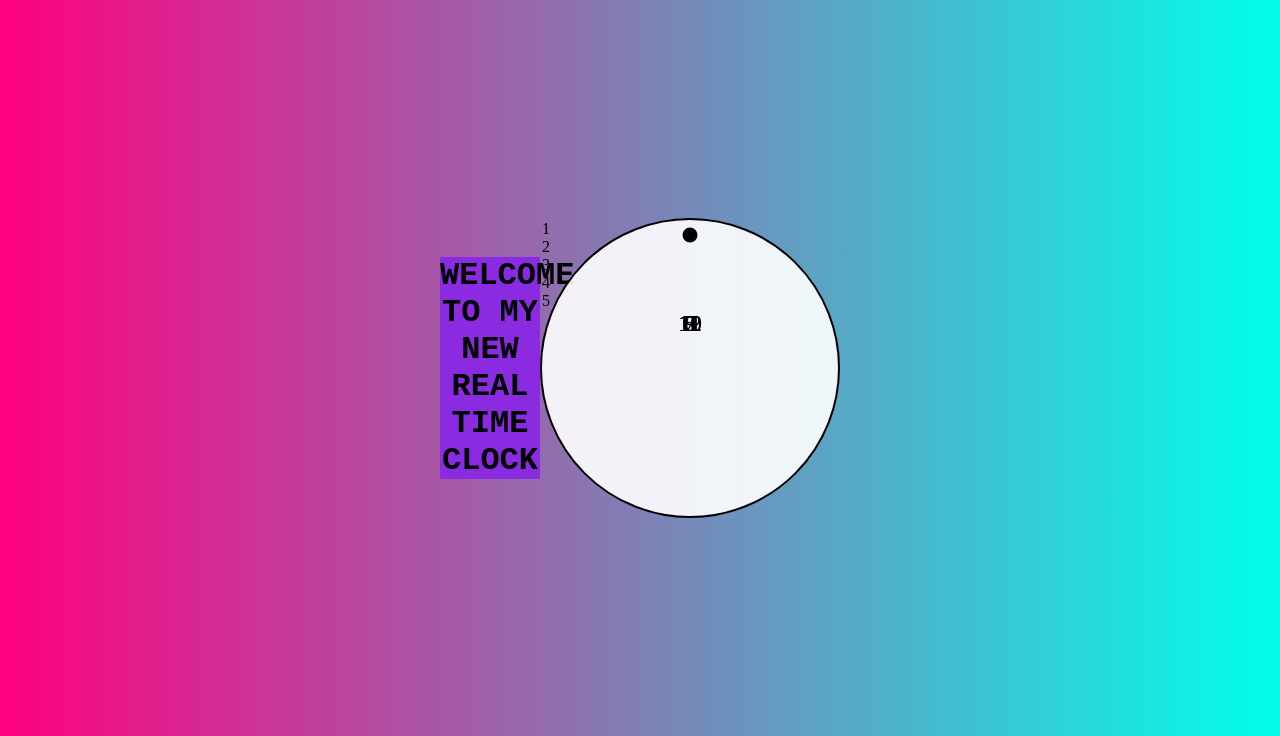
Repository: mirambialex/watch
Page: clock.html
These files come from the project's save history. The page is drawn as it stood at one moment and after the next save; the edit follows.
The browser window is 1280 px wide. The pictures show the whole page.

Above is the page before, as saved 2024-04-30 11:12:04.
Console error: SyntaxError: Unexpected token '<'

### clock.html
<!DOCTYPE html>
<html lang="en">
<head>
    <meta charset="UTF-8">
    <meta name="viewport" content="width=device-width, initial-scale=1.0">
    <link rel="stylesheet" href="clock.css">
    <script defer src="clock.js"></script>
    <title>clock</title>
</head>
<h1> <div class="header">WELCOME TO MY NEW REAL TIME CLOCK</div></h1>
<body>
    <div class="clock">
        <div class="hour hand" data-hour-hand></div>
        <div class="minute hand" data-minute-hand></div>
        <div class="second hand" data-second-hand></div>
        <div class="number number1">1</div>
        <div class="number number2">2</div>
        <div class="number number3">3</div>
        <div class="number number4">4</div>
        <div class="number number5">5</div>
        <div class="NUMBER NUMBER6">6</div>
        <div class="NUMBER NUMBER7">7</div>
        <div class="NUMBER NUMBER8">8</div>
        <div class="NUMBER NUMBER9">9</div>
        <div class="NUMBER NUMBER10">10</div>
        <div class="NUMBER NUMBER11">11</div>
        <div class="NUMBER NUMBER12">12</div>

    </div>
</body>
</html>

### clock.css
*, *::after, *::before {
    box-sizing: border-box;
    font-family: 'Times New Roman', Times, serif;

}
body{
    background: linear-gradient(to right,rgb(255,0,128),hsl(175,100%,50%));
    display: flex;
    justify-content: center;
    align-items: center;
    min-height: 100vh;
    overflow: hidden;

}
.clock{
    width: 300px;
    height: 300px;
    background-color: rgb(255,255,255,.9);
    border-radius: 50%;
    border: 2px solid black;
    position: relative;
}
.clock .NUMBER{
    --rotation: 0;
    position: absolute;
    width: 100%;
    height: 100%;
    text-align: center;
    transform: rotate(var(--rotation));
    font-size: 1.5rem;

    .clock .number number1{--rotation:30deg}
    .clock .number number2{--rotation:60deg}
    .clock .NUMBER3{--rotation:90deg}
    .clock .NUMBER4{--rotation:120deg}
    .clock .NUMBER5{--rotation:150deg}
    .clock .NUMBER6{--rotation:180deg}
    .clock .NUMBER7{--rotation:210deg}
    .clock .NUMBER8{--rotation:240deg}
    .clock .NUMBER9{--rotation:270deg}
    .clock .NUMBER10{--rotation:300deg}
    .clock .NUMBER11{--rotation:330deg}

}
.clock.hand{
    --rotation: 0;
    position:absolute;
    bottom: 50%;
    left: 50%;
    background-color: black;
    border: 1px solid rgb(136,99,224);
    border-top-left-radius: 10px;
    border-top-right-radius: 10px;
    transform-origin: bottom;
    z-index:10;
    transform: translateX(-50%)rotation(calc(var--rotation)*1deg));

}
.clock::after{
    content:" ";
    position: absolute;
    background-color: black;
    z-index: 11;
    width: 15px;
    height: 15px;
    top:5%;
    left: 50%;
    transform: translate(-50%, -50%);
    border-radius: 50%;

}
.clock.hand.second{
    width: 3px;
    height: 45%;
    background-color: rgb(221,65,198);
}
.clock.hand.minute{
    width: 7px;
    height: 40%;
    border-color: rgb(69,19,187);

}
.clock.hand.hour{
    width: 10px;
    height: 35%;
    background-color: rgb(166,209,9);
}
.header{
    font-family: 'Courier New', Courier, monospace;
    text-align: center;
    text-transform: capitalize;
    width: 100px;
    background-color: blueviolet;
    position: top;
}
.hour hand,
.minute hand.
.second hand{
position: absolute;
top: 50%;
left: 50%;
height: 5px;
width: 40%;
background-color: gray;
}

### clock.js
<script>
        setInterval(setClock,1000)
        const hourHand= document.querySelector ("[data-hour-hand]")
        const minuteHand = document.querySelector ("[data-minute-hand]")
        const secondHand = document.querySelector ("[data-second-hand]")

        function setCLASS() {
            const currentDate=new Date()
            const secondRatio =currentDate.getSeconds() / 60
            const minutesRatio =(secondRatio+currentDate.getMinutes())/
            const hoursRatio=(minutesRatio+currentDate.gethours())/
            setRotatio(secondHand,secondsRatio)
            setRotatio(minuteHand,minuteRatio)
            setRotatio(hourHand,hoursRatio)
        }
        function setRotatio(element,rotationRatio)
        {
        Element.style.setProperty("--rotation",rotationRatio*360)
        }
        setClock()
</script>

After the next save:
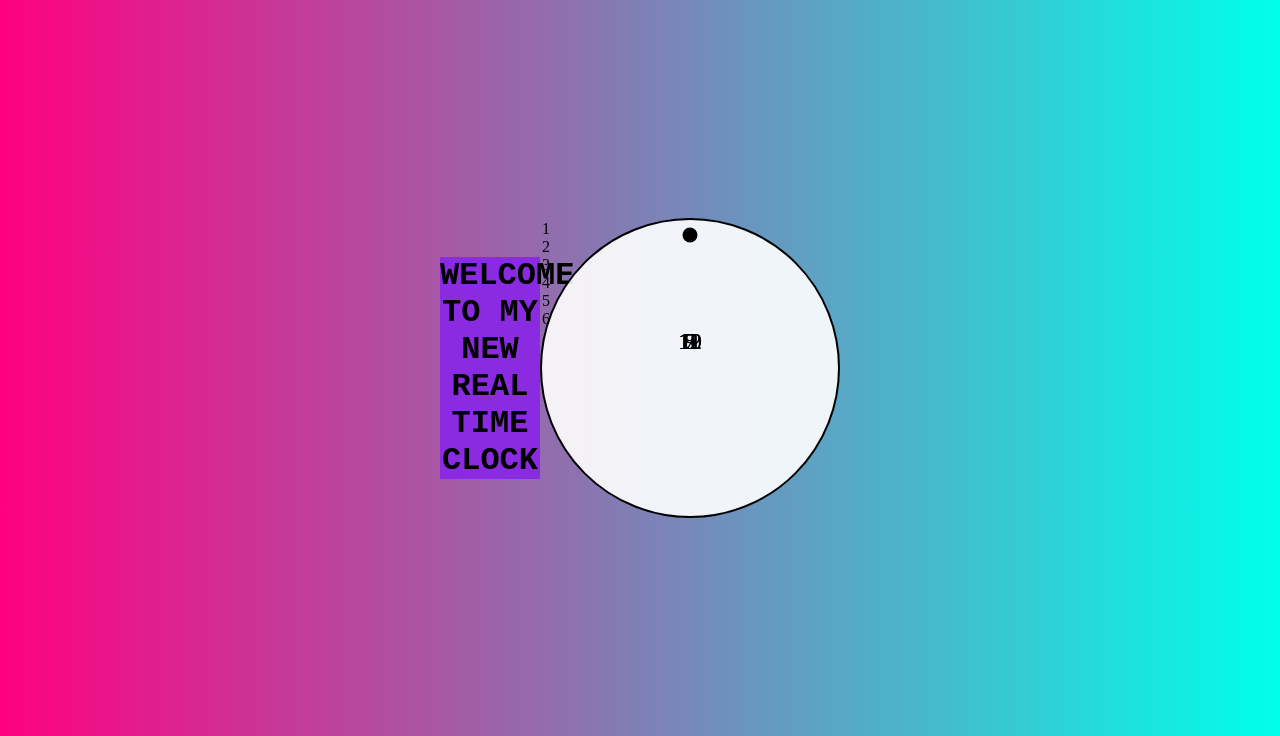
Saved 7 s later.
--- a/clock.html
+++ b/clock.html
@@ -18,7 +18,7 @@
         <div class="number number3">3</div>
         <div class="number number4">4</div>
         <div class="number number5">5</div>
-        <div class="NUMBER NUMBER6">6</div>
+        <div class="number numberR6">6</div>
         <div class="NUMBER NUMBER7">7</div>
         <div class="NUMBER NUMBER8">8</div>
         <div class="NUMBER NUMBER9">9</div>
